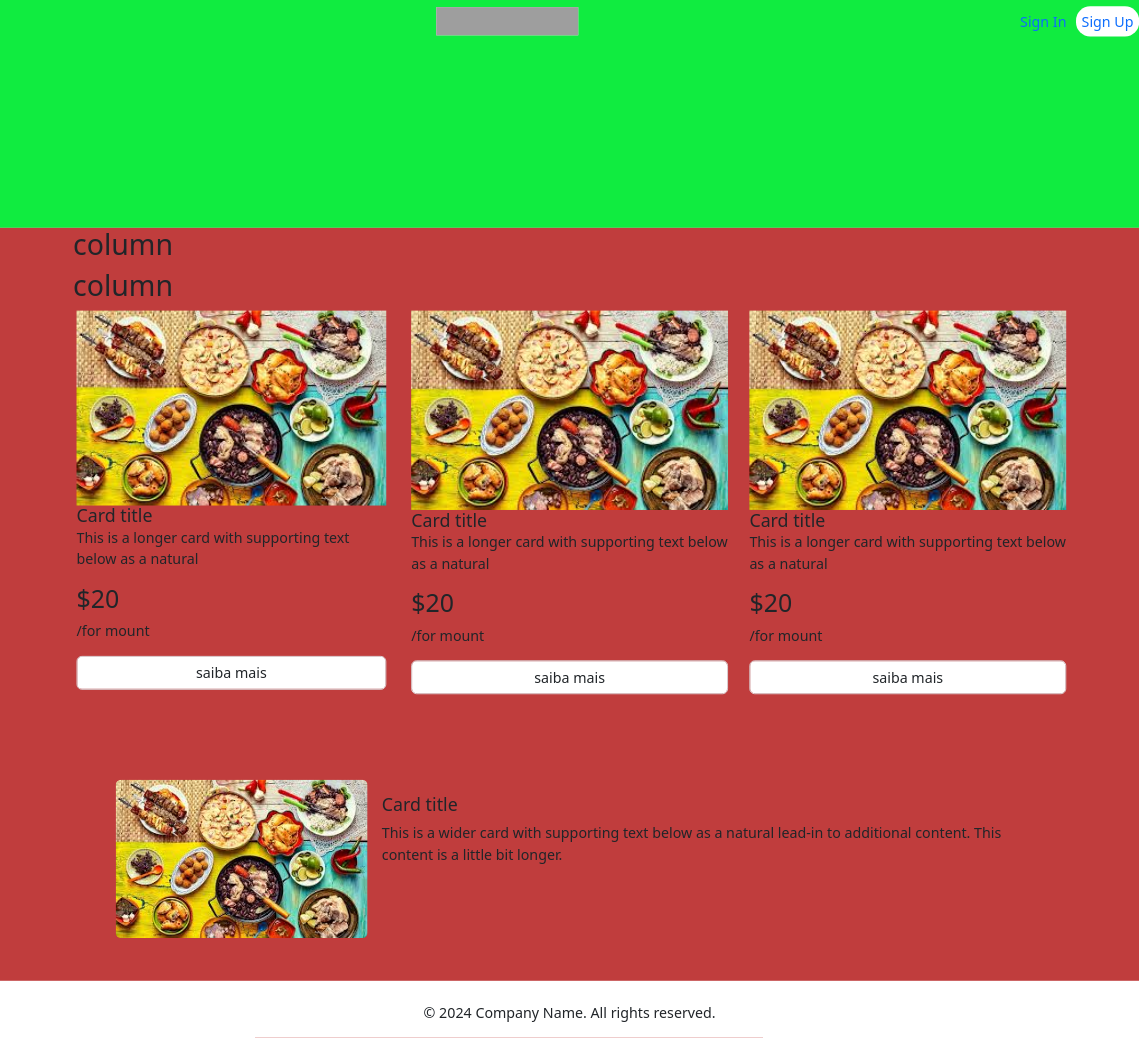
Repository: Joao-Rafael-mob/repoCurso
Page: index.html
An editor plug-in stored every save of this project. The page is shown before and after the next save, followed by the edit.
The browser window is 1280 px wide. The pictures show the whole page, at 89% of full size.
Pictures or frames that could not be fetched are drawn as grey boxes.

Above is the page before, as saved 2024-09-27 09:41:57.

### index.html
<!DOCTYPE html>
<html lang="en">
  <head>
    <meta charset="UTF-8" />
    <meta name="viewport" content="width=device-width, initial-scale=1.0" />
    <title>Document</title>
    <link rel="stylesheet" href="styles.css" />
    <link
      href="https://cdn.jsdelivr.net/npm/bootstrap@5.3.3/dist/css/bootstrap.min.css"
      rel="stylesheet"
      integrity="sha384-QWTKZyjpPEjISv5WaRU9OFeRpok6YctnYmDr5pNlyT2bRjXh0JMhjY6hW+ALEwIH"
      crossorigin="anonymous"
    />
  </head>

  <body>
    <div class="imagem-fundo">
      <nav class="navbar">
        <img src="logo.png" alt="Logo" />
        <div class="nav-links">
          <a href="#" class="nav-link1">Sign In</a>
          <a href="#" class="nav-link2">Sign Up</a>
        </div>
      </nav>
    </div>
    <main>
      <div class="container">
        <div class="row row-cols-1">
          <div class="col h2">column</div>
          <div class="col h2">column</div>
        </div>
        <div class="row row-cols-1 row-cols-md-3 g-4">
          <div class="col px-3">
            <div>
              <img src="banner.jpeg" class="card-img-top" alt="" />
              <div class="card-body">
                <h5 class="card-title">Card title</h5>
                <p class="" style="max-height: 4rem; overflow: hidden">
                  This is a longer card with supporting text below as a natural
                </p>

                <h3>$20</h3>
                <p>/for mount</p>

                <button class="form-control">saiba mais</button>
              </div>
            </div>
          </div>
          <div class="col">
            <div>
              <img src="banner.jpeg" class="card-img-top" alt="" />
              <div class="card-body">
                <h5 class="card-title">Card title</h5>
                <p class="" style="max-height: 4rem; overflow: hidden">
                  This is a longer card with supporting text below as a natural
                </p>
                <div>
                  <h3>$20</h3>
                  <p>/for mount</p>

                  <button class="form-control">saiba mais</button>
                </div>
              </div>
            </div>
          </div>
          <div class="col">
            <div>
              <img src="banner.jpeg" class="card-img-top" alt="" />
              <div class="card-body">
                <h5 class="card-title">Card title</h5>
                <p class="" style="max-height: 4rem; overflow: hidden">
                  This is a longer card with supporting text below as a natural
                </p>
                <div>
                  <h3>$20</h3>
                  <p>/for mount</p>

                  <button class="form-control">saiba mais</button>
                </div>
              </div>
            </div>
          </div>
        </div>
      </div>

      <div class="container mt-5">
        <div class="p-5">
          <div class="row g-0">
            <div class="col-auto me-3">
              <img src="banner.jpeg" class="rounded float-start" alt="" />
            </div>
            <div class="col">
              <div class="mt-3">
                <h5>Card title</h5>
                <p>
                  This is a wider card with supporting text below as a natural
                  lead-in to additional content. This content is a little bit
                  longer.
                </p>
              </div>
            </div>
          </div>
        </div>
      </div>
    </main>

    <footer class="text-center mt-4">
      <p>&copy; 2024 Company Name. All rights reserved.</p>
    </footer>

    <script
      src="https://cdn.jsdelivr.net/npm/bootstrap@5.3.3/dist/js/bootstrap.bundle.min.js"
      integrity="sha384-YvpcrYf0tY3lHB60NNkmXc5s9fDVZLESaAA55NDzOxhy9GkcIdslK1eN7N6jIeHz"
      crossorigin="anonymous"
    ></script>
  </body>
</html>

### styles.css
.imagem-fundo {
    background-color: rgb(16, 236, 64);
    background-position: center;
    color: white;
    width: 100%;
    min-height: 16rem;
}

.imagem-fundo .navbar img {
    background-color: rgb(255, 255, 255);
    margin: auto;
    width: 10rem;
    height: 2rem;
}

.imagem-fundo .navbar a {
    text-decoration: none;
    font-size: medium;
    padding: 0.4rem;
}

.imagem-fundo .navbar .nav-link2 {
    background-color: rgb(255, 255, 255);
    border-radius: 1rem;
}

.imagem-fundo .address {
    width: 50%;
    padding-top: 3rem;
    margin: auto;
}

.imagem-fundo .address a {
    width: 50%;
    margin: auto;
    text-decoration: none;
}

main  {
    background-color: rgb(192, 61, 61);

}

After the next save:
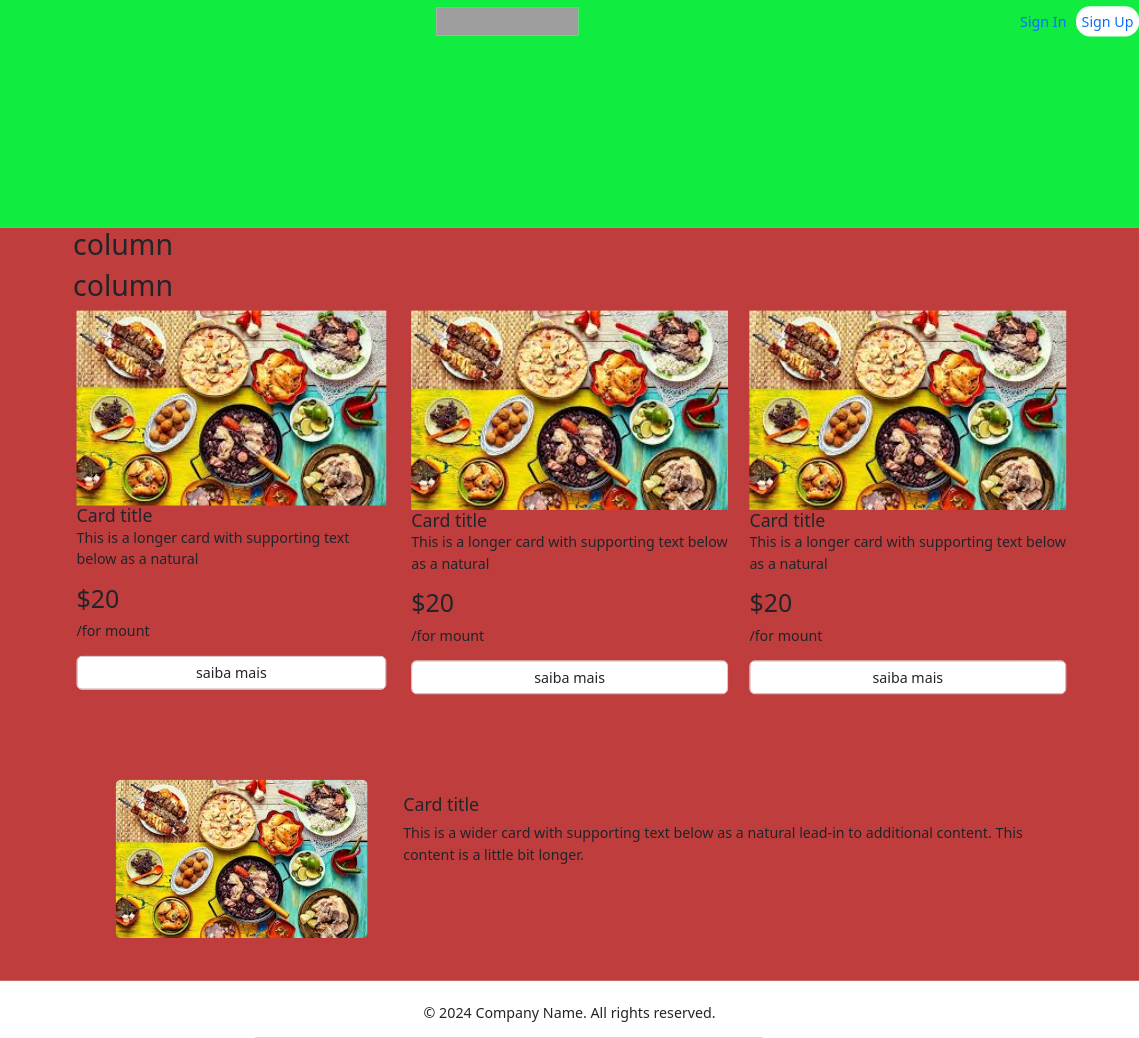
Saved 10 min 24 s later.
--- a/index.html
+++ b/index.html
@@ -89,8 +89,8 @@
             <div class="col-auto me-3">
               <img src="banner.jpeg" class="rounded float-start" alt="" />
             </div>
-            <div class="col">
-              <div class="mt-3">
+            <div class="col ">
+              <div class="mt-3 ms-4">
                 <h5>Card title</h5>
                 <p>
                   This is a wider card with supporting text below as a natural
